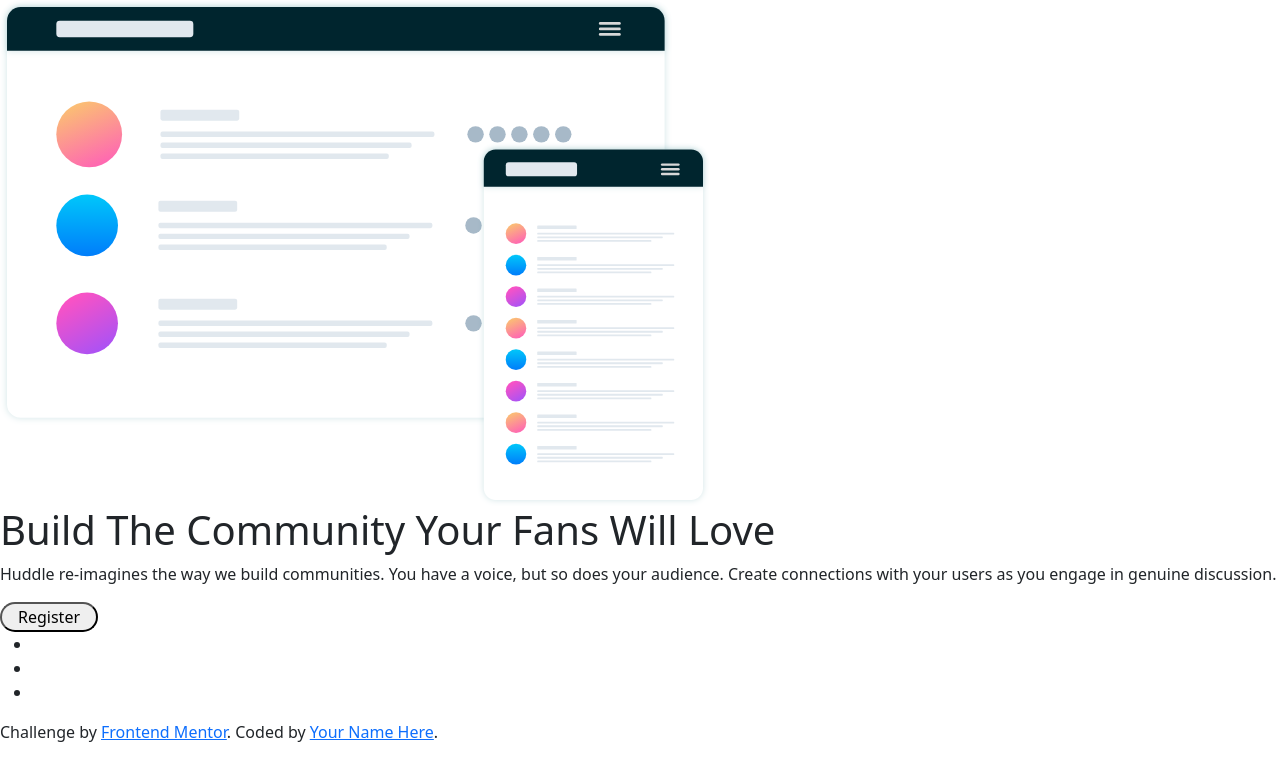
Repository: blordeus/huddle-landing-page-with-single-introductory-section-master
Page: index.html
The author's editor kept a copy of each file at every save. The page is drawn from the files as they stood at one save, then again after the next save.
The browser window is 1280 px wide. The pictures show the whole page.

Above is the page before, as saved 2023-08-31 19:17:00.

### index.html
<!DOCTYPE html>
<html lang="en">
<head>
  <meta charset="UTF-8">
  <meta name="viewport" content="width=device-width, initial-scale=1.0"> <!-- displays site properly based on user's device -->

  <link rel="icon" type="image/png" sizes="32x32" href="./images/favicon-32x32.png">
  <link href="https://cdn.jsdelivr.net/npm/bootstrap@5.3.1/dist/css/bootstrap.min.css" rel="stylesheet" integrity="sha384-4bw+/aepP/YC94hEpVNVgiZdgIC5+VKNBQNGCHeKRQN+PtmoHDEXuppvnDJzQIu9" crossorigin="anonymous">

  <title>Frontend Mentor | Huddle landing page with single introductory section</title>

  <!-- Feel free to remove these styles or customise in your own stylesheet 👍 -->

</head>
<body>

  <section class="grid grid-rows-1 grid-cols-2 grid-flow-col">
    <img src="./images/illustration-mockups.svg" alt="illustration mockups">
    <h1>Build The Community Your Fans Will Love</h1>
    <p>
      Huddle re-imagines the way we build communities. You have a voice, but so does your audience.
      Create connections with your users as you engage in genuine discussion.
    </p>
    <button class="rounded-pill px-3 px-1">Register</button>
  </section>

  <div class="icons">
    <ul>
      <li><i class="fas fa-facebook    "></i></li>
      <li><i class="fas fa-twitter    "></i></li>
      <li><i class="fas fa-instagram  "></i></li>
    </ul>
  </div>

  <footer>
    <p class="attribution">
      Challenge by <a href="https://www.frontendmentor.io?ref=challenge" target="_blank">Frontend Mentor</a>.
      Coded by <a href="#">Your Name Here</a>.
    </p>
  </footer>
</body>
</html>

After the next save:
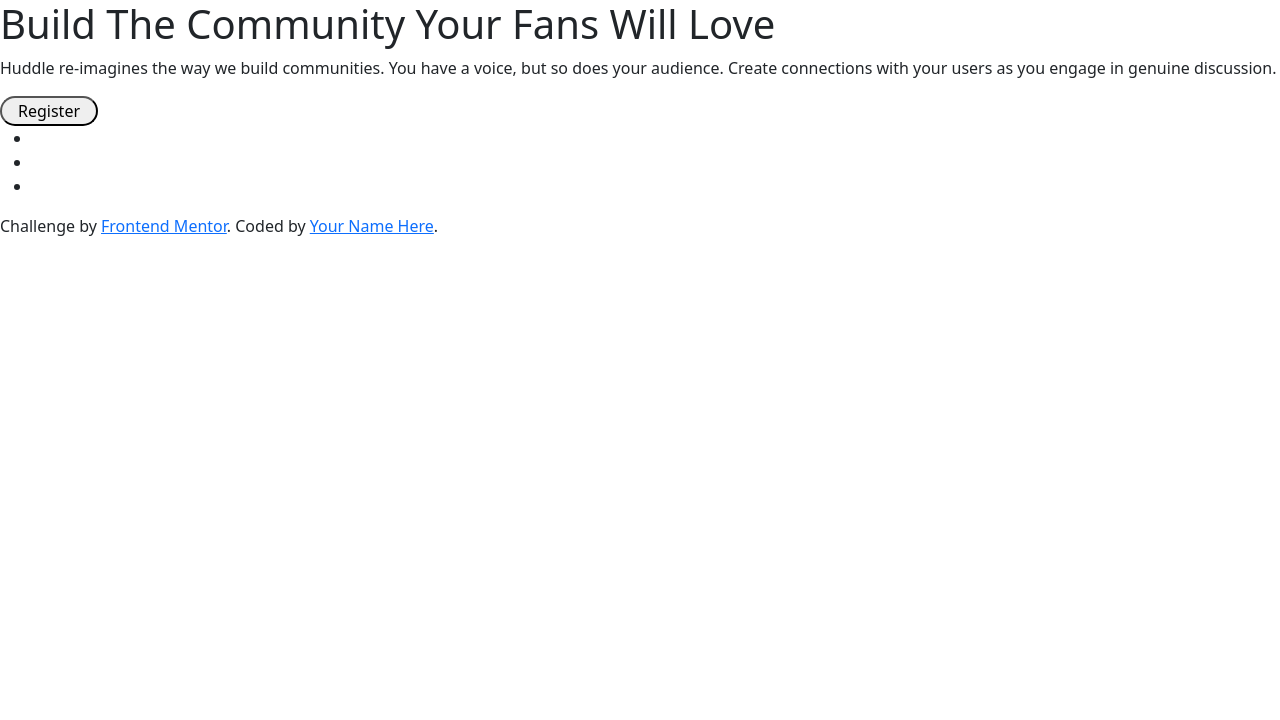
Saved 18 s later.
--- a/index.html
+++ b/index.html
@@ -15,7 +15,6 @@
 <body>
 
   <section class="grid grid-rows-1 grid-cols-2 grid-flow-col">
-    <img src="./images/illustration-mockups.svg" alt="illustration mockups">
     <h1>Build The Community Your Fans Will Love</h1>
     <p>
       Huddle re-imagines the way we build communities. You have a voice, but so does your audience.
